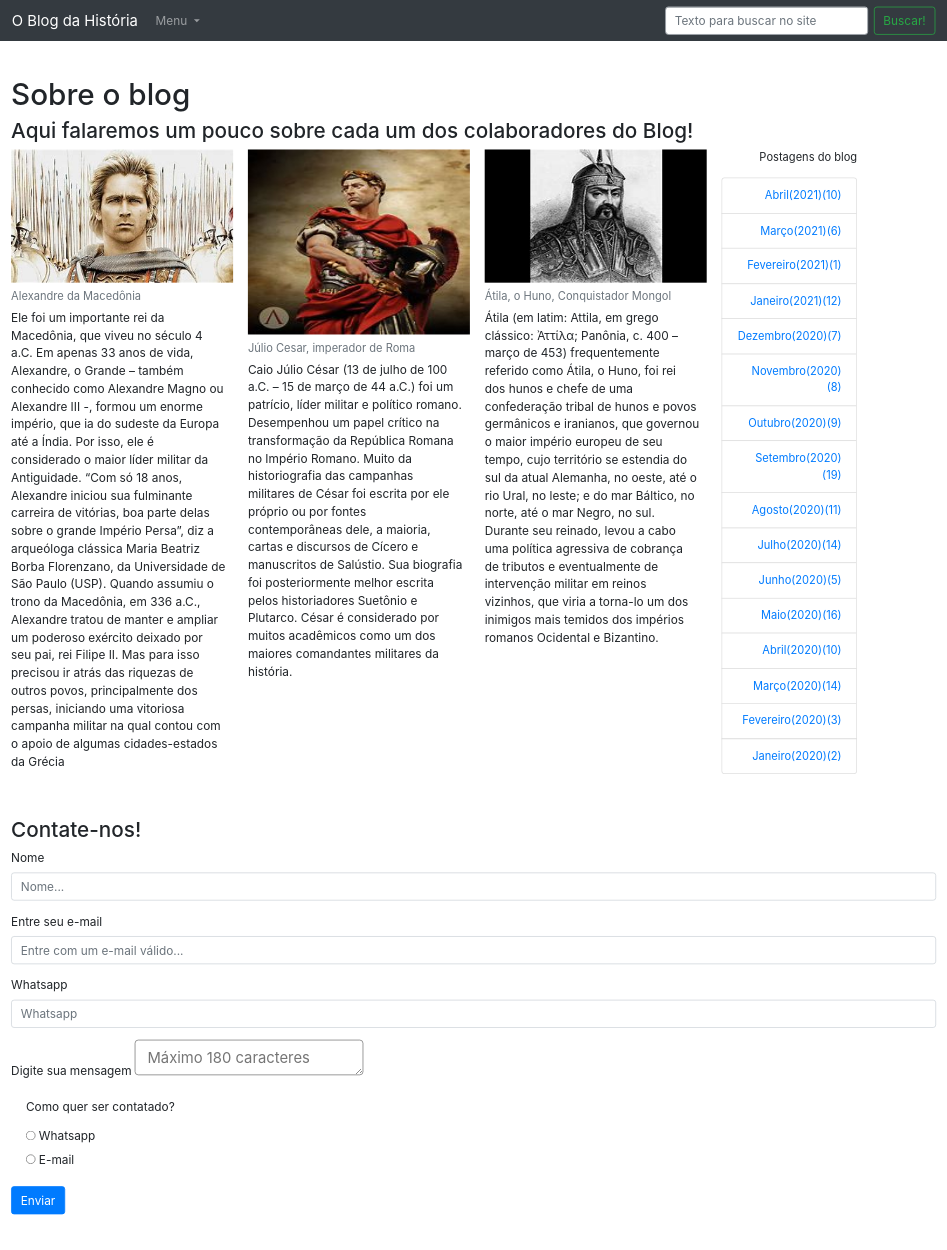
Repository: xhenrique/blog_layout_bootstrap
Page: source/sobre.html
These files come from the project's save history. The page is drawn as it stood at one moment and after the next save; the edit follows.
The browser window is 1280 px wide. The pictures show the whole page, at 74% of full size.

Above is the page before, as saved 2021-04-25 03:30:06.

After the next save:
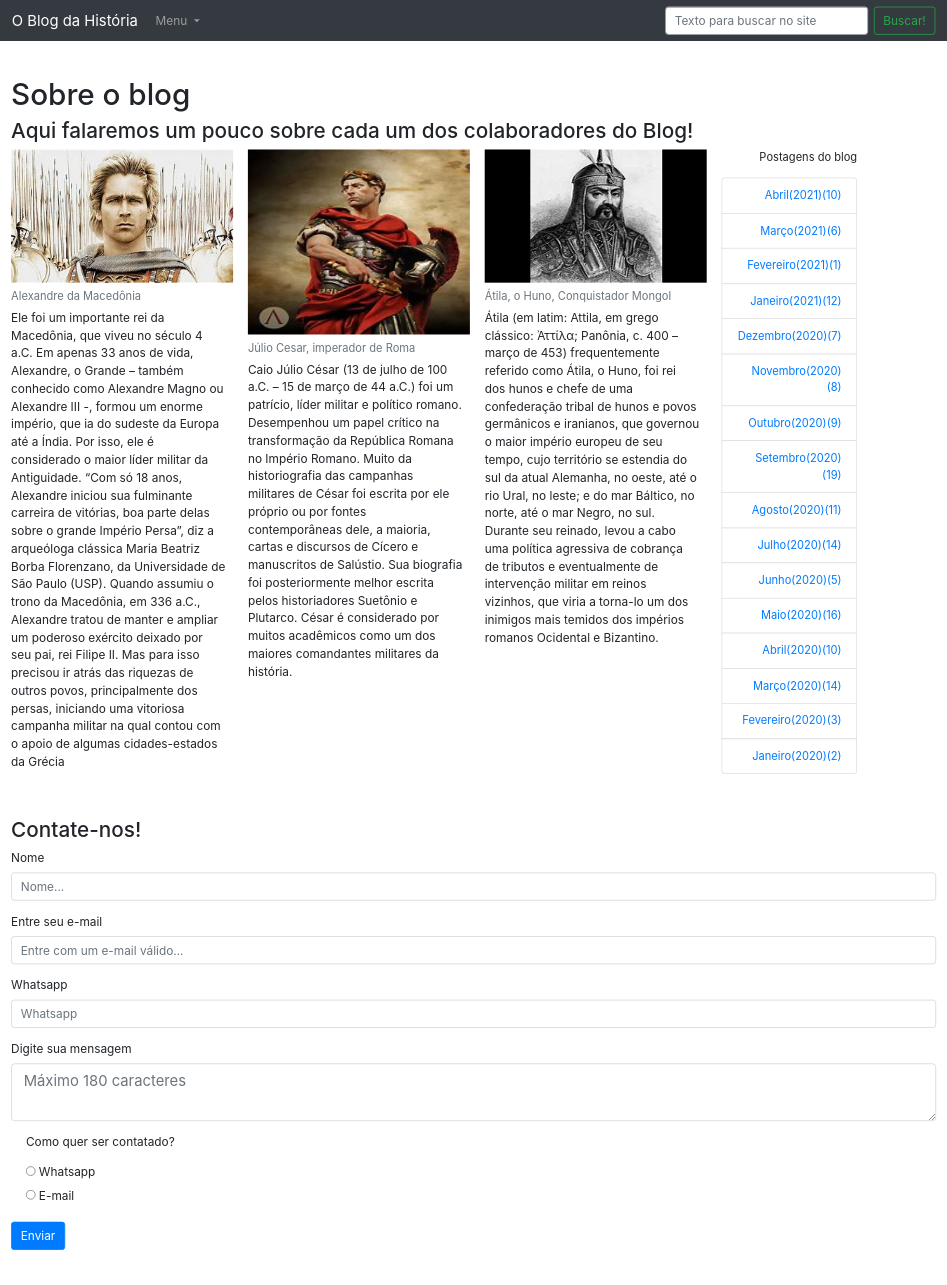
Saved 14 s later.
--- a/source/sobre.html
+++ b/source/sobre.html
@@ -119,7 +119,7 @@
               </div>
               <div class="mb-3">
                 <label for="msgInput" class="form-label">Digite sua mensagem</label>
-                <textarea type="text" placeholder="Máximo 180 caracteres" maxlength="180" class="form-control-lg" id="msgInput"></textarea>
+                <textarea type="text" placeholder="Máximo 180 caracteres" maxlength="180" class="form-control form-control-lg" id="msgInput"></textarea>
               </div>
               <div class="mb-3 form-check">
                   <p>Como quer ser contatado?
